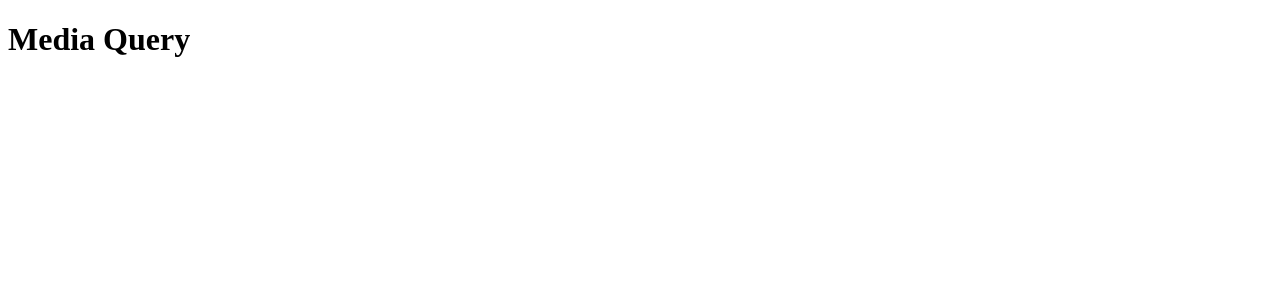
Repository: UnegbuAbigail/3-columns-cards
Page: mediaquery.html
The author's editor kept a copy of each file at every save. The page is drawn from the files as they stood at one save, then again after the next save.
The browser window is 1280 px wide. The pictures show the whole page.

Above is the page before, as saved 2024-08-03 15:02:45.

After the next save:
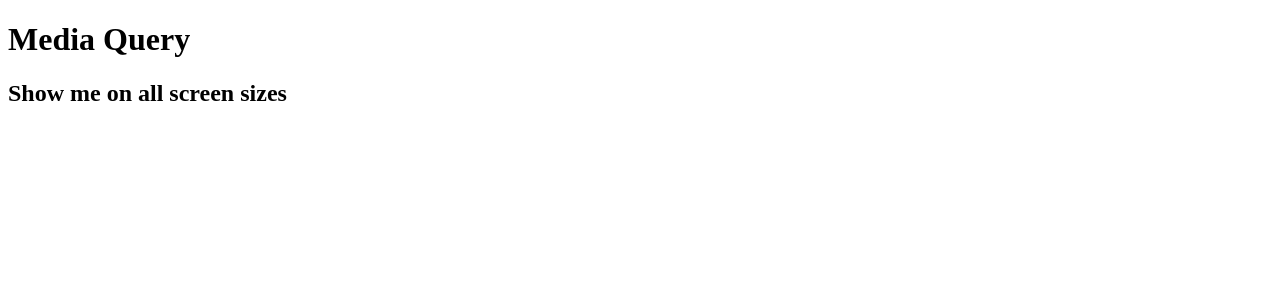
Saved 10 s later.
--- a/mediaquery.html
+++ b/mediaquery.html
@@ -8,7 +8,7 @@
 <body>
     <main>
         <h1>Media Query</h1>
-        <h2></h2>
+        <h2>Show me on all screen sizes</h2>
     </main>
 </body>
 </html>
